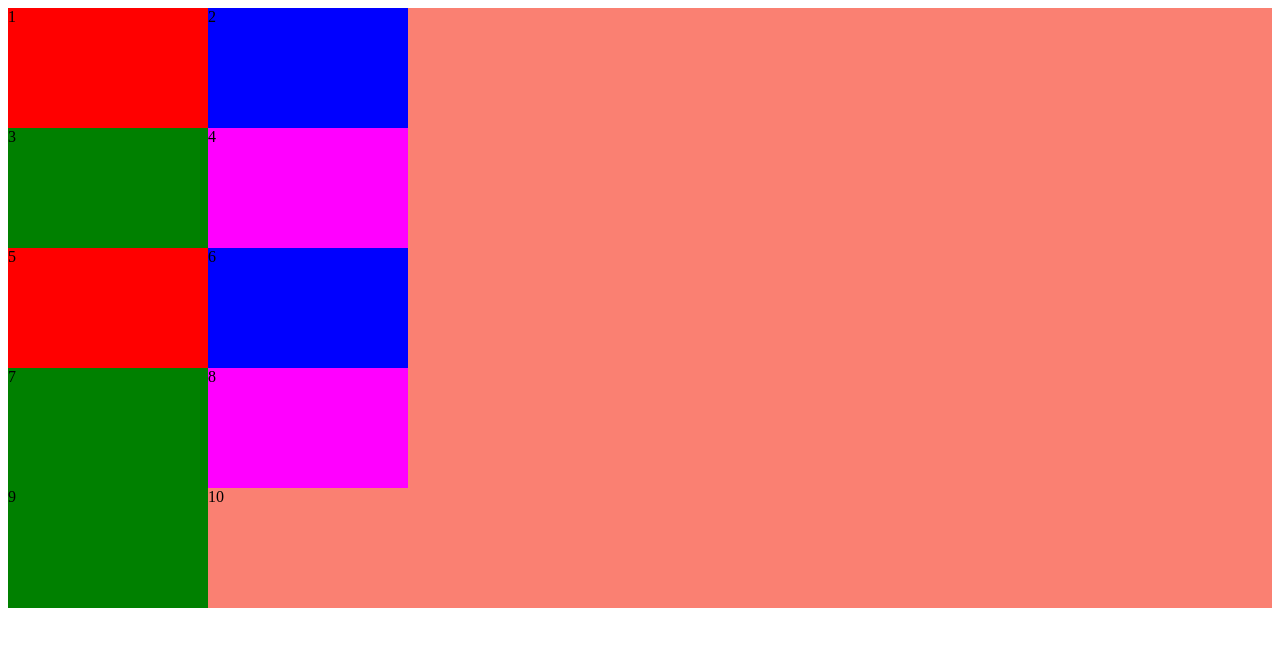
Repository: DinkarRavi/Dinkar_Coding
Page: 22aug24/grid.html
The author's editor kept a copy of each file at every save. The page is drawn from the files as they stood at one save, then again after a run of saves.
The browser window is 1280 px wide. The pictures show the whole page.

Above is the page before, as saved 2024-08-22 15:03:17.

After the next 2 saves:
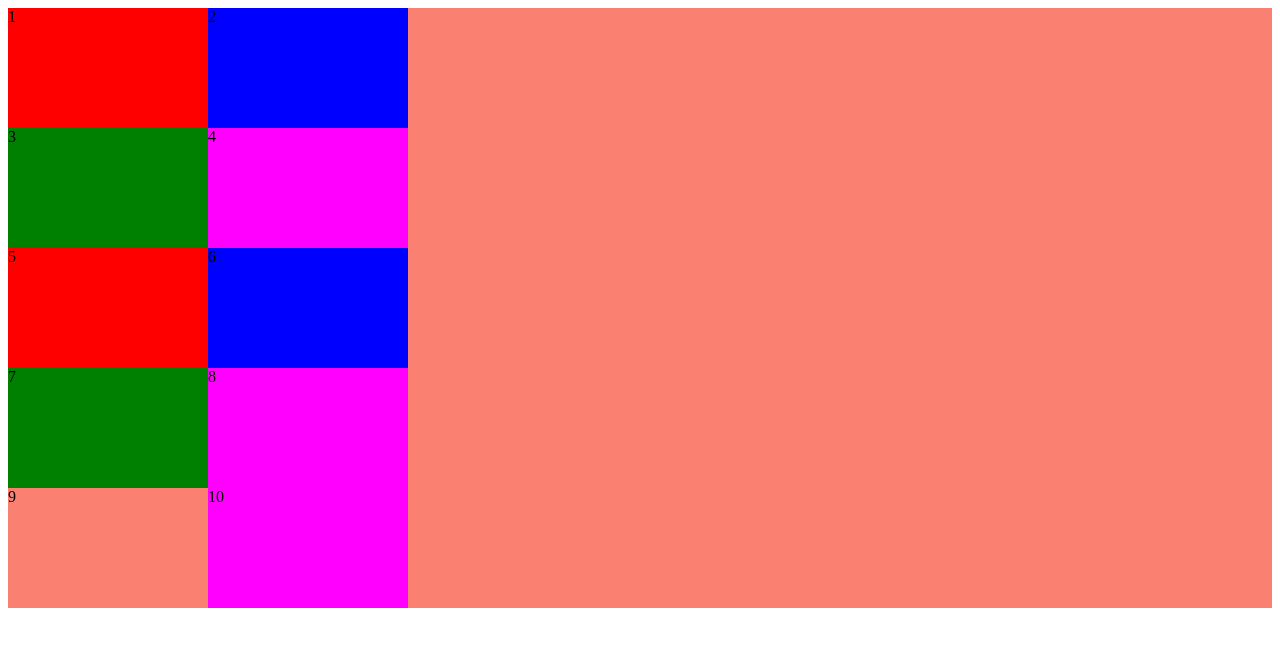
The 2 saves are shown as one change because they came seconds apart.
The last was saved 7 s later.
--- a/22aug24/grid.css
+++ b/22aug24/grid.css
@@ -33,8 +33,8 @@
       background: magenta;
     }
     div:nth-child(9) {
-        background: green;
+        background:n;
       }
-      div:nth-child(8) {
+      div:nth-child(10) {
         background: magenta;}
 }
